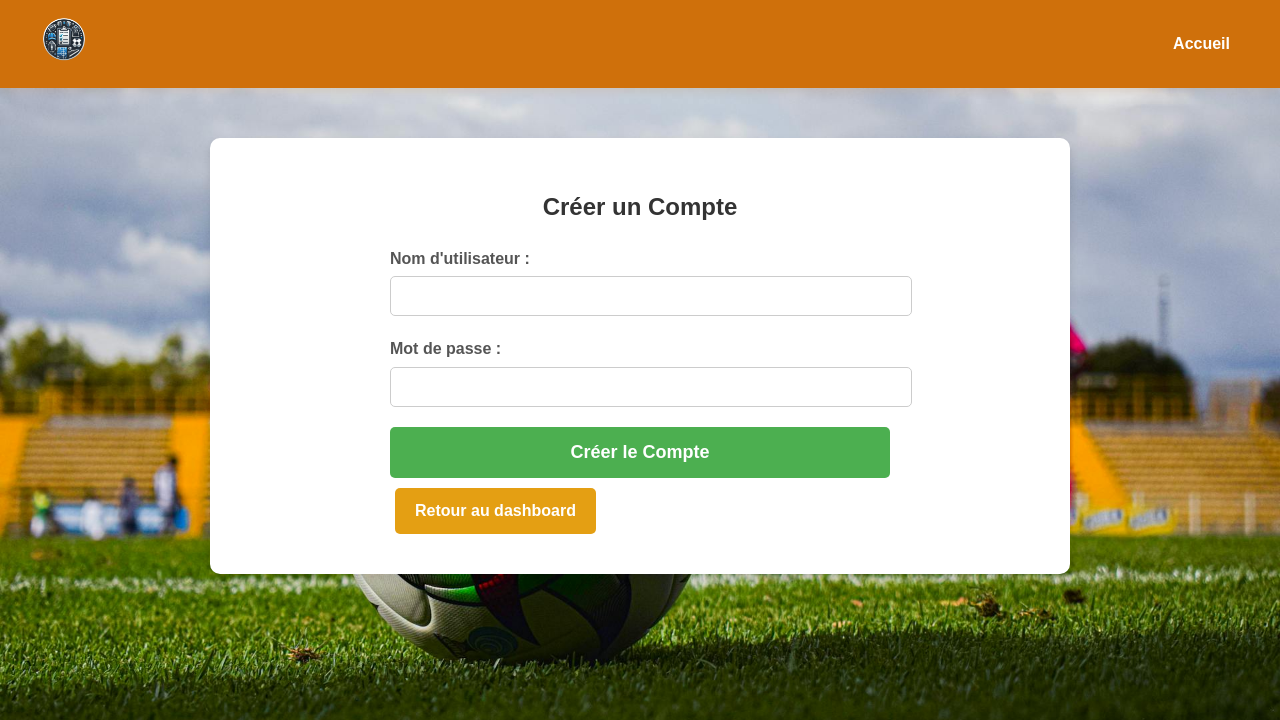
Repository: iisloomx/R401_MiniProjet
Page: http://localhost/controllers/InscriptionController.php
These files come from the project's save history. The page is drawn as it stood at one moment and after a run of saves; the edit follows.
The browser window is 1280 px wide. The pictures show the whole page.
The page is run by PHP 8.4 with error messages shown; the project is at /var/www/html/.

Above is the page before, as saved 2025-01-19 16:04:32.

After the next 2 saves:
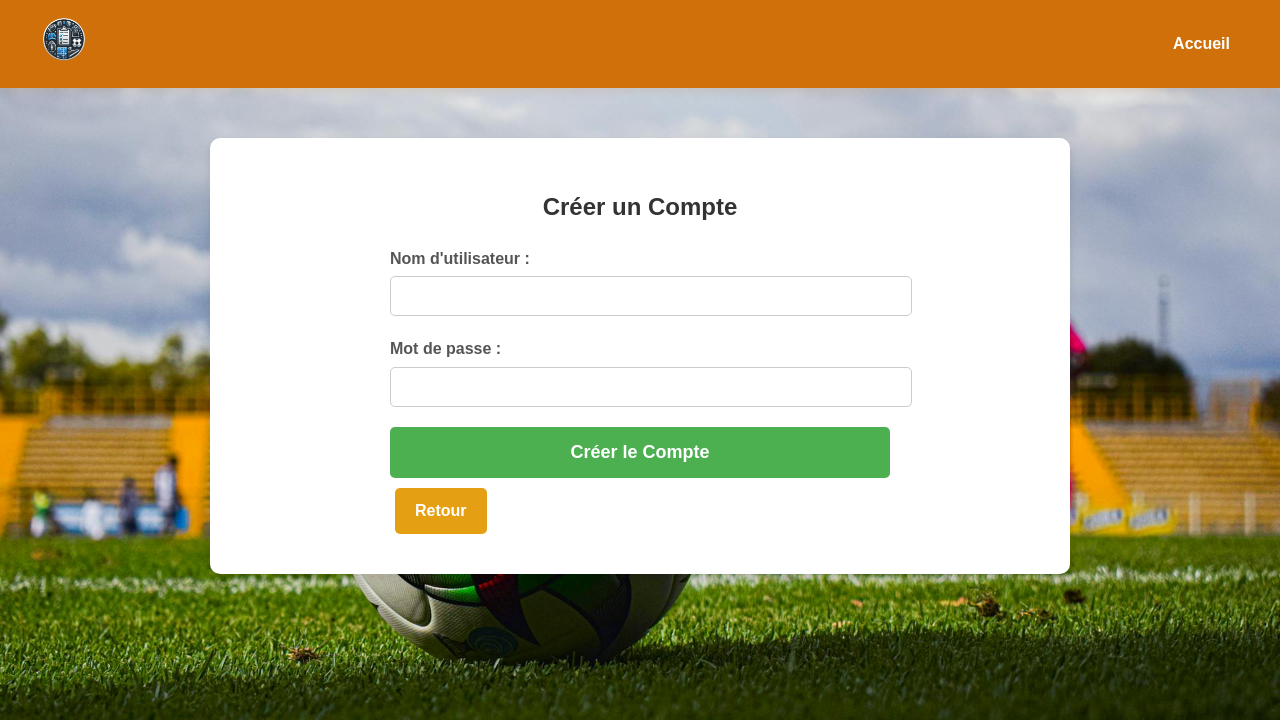
The 2 saves are shown as one change because they came seconds apart.
The last was saved 17 s later.
--- a/views/inscription.php
+++ b/views/inscription.php
@@ -21,7 +21,7 @@
             <input type="password" name="mot_de_passe" id="mot_de_passe" required>
 
             <button type="submit">Créer le Compte</button>
-            <a href="dashboard.php" class="btn btn-back">Retour au dashboard</a>
+            <a href="connexion.php" class="btn btn-back">Retour</a>
 
         </form>
     </div>
